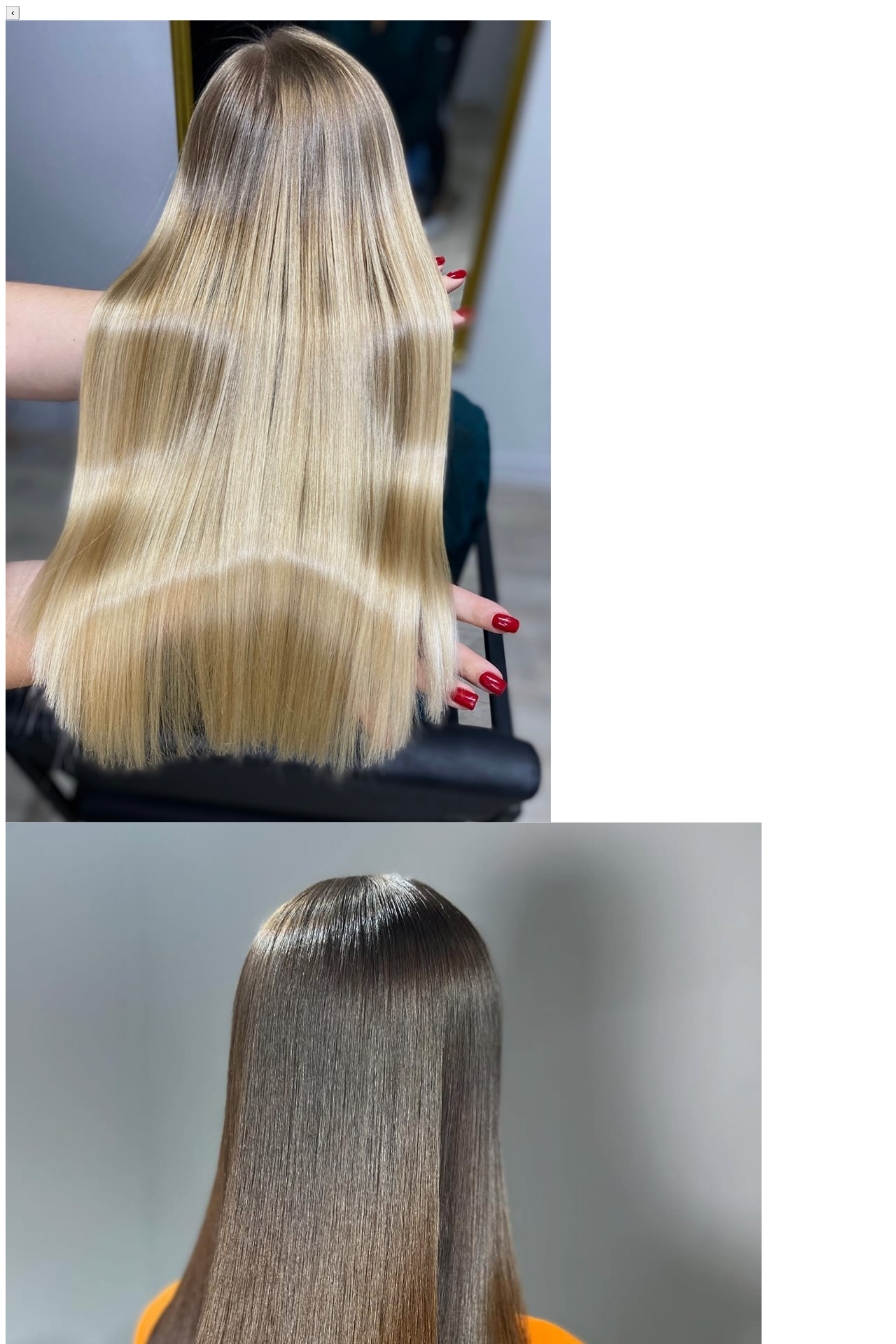
Repository: DianaKey/Keratin
Page: index.long-content.partial.html
The author's editor kept a copy of each file at every save. The page is drawn from the files as they stood at one save, then again after the next save.
The browser window is 1280 px wide. The pictures show the part of the page from y = 0 to 1920 px (the page is 8223 px tall before and 8281 px after), at 70% of full size.

Above is the page before, as saved 2025-09-04 12:38:32.

After the next save:
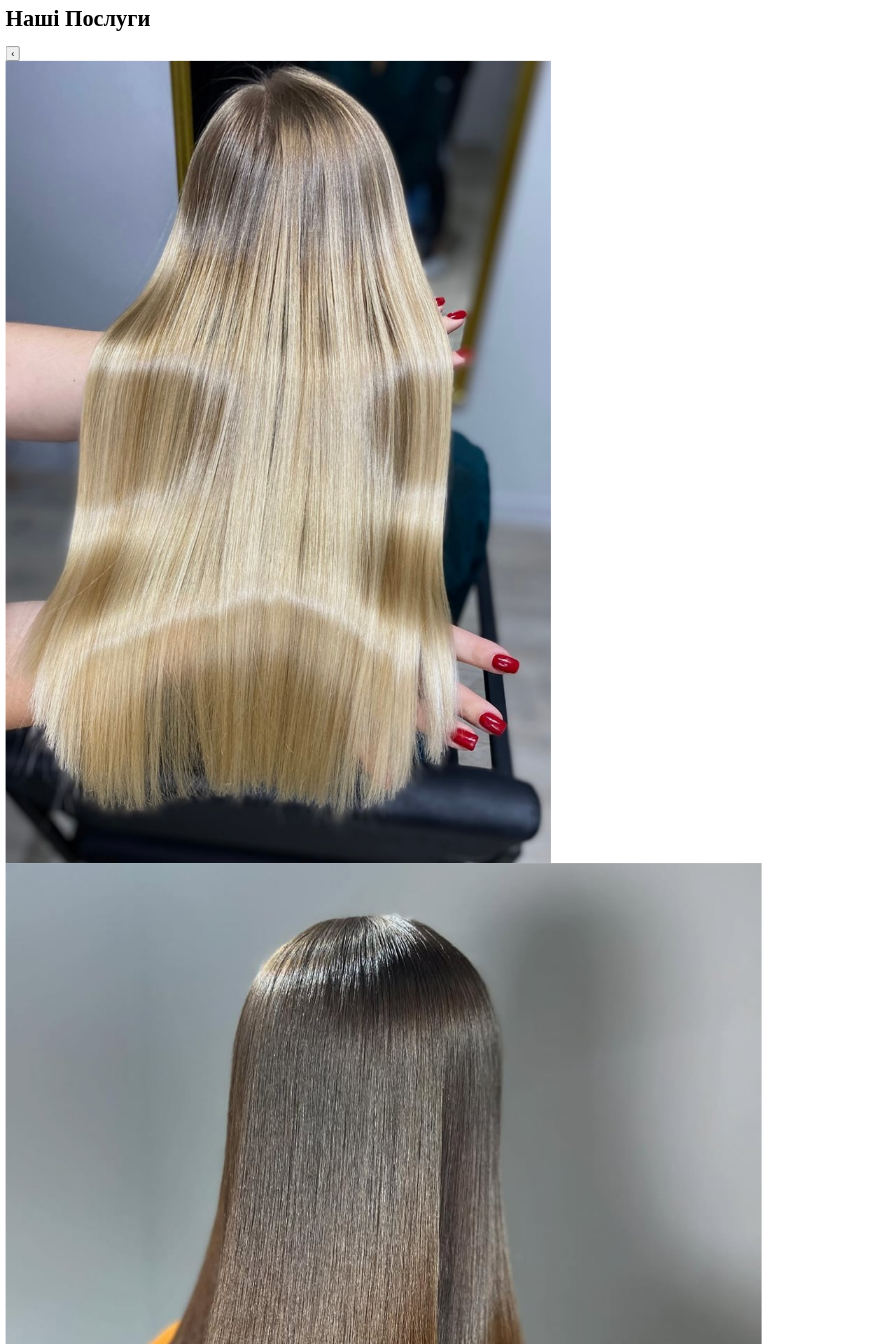
Saved 3 min 42 s later.
--- a/index.long-content.partial.html
+++ b/index.long-content.partial.html
@@ -1,40 +1,40 @@
-<h1 class="about-title"></h1>
+<h1 class="about-title">Наші Послуги</h1>
 
 <div class="carousel-container">
-	<button class="nav-arrow left">‹</button>
-	<div class="carousel-track">
-		<div class="card" data-index="0">
-			<img src="images/works/img01.JPG" alt="Team Member 1">
-		</div>
-		<div class="card" data-index="1">
-			<img src="images/works/img02.jpg" alt="Team Member 2">
-		</div>
-		<div class="card" data-index="2">
-			<img src="images/works/img03.jpg" alt="Team Member 3">
-		</div>
-		<div class="card" data-index="3">
-			<img src="images/works/img04.jpg" alt="Team Member 4">
-		</div>
-		<div class="card" data-index="4">
-			<img src="images/works/img05.jpg" alt="Team Member 5">
-		</div>
-		<div class="card" data-index="5">
-			<img src="images/works/img06.jpg" alt="Team Member 6">
-		</div>
-	</div>
-	<button class="nav-arrow right">›</button>
+  <button class="nav-arrow left">‹</button>
+  <div class="carousel-track">
+    <div class="card" data-index="0">
+      <img src="images/works/img01.jpg" alt="Послуга 1">
+    </div>
+    <div class="card" data-index="1">
+      <img src="images/works/img02.jpg" alt="Послуга 2">
+    </div>
+    <div class="card" data-index="2">
+      <img src="images/works/img03.jpg" alt="Послуга 3">
+    </div>
+    <div class="card" data-index="3">
+      <img src="images/works/img04.jpg" alt="Послуга 4">
+    </div>
+    <div class="card" data-index="4">
+      <img src="images/works/img05.jpg" alt="Послуга 5">
+    </div>
+    <div class="card" data-index="5">
+      <img src="images/works/img06.jpg" alt="Послуга 6">
+    </div>
+  </div>
+  <button class="nav-arrow right">›</button>
 </div>
 
 <div class="member-info">
-	<h2 class="member-name">David Kim</h2>
-	<p class="member-role">Founder</p>
+  <h2 class="member-name">Тотальна Реконструкція</h2>
+  <p class="member-role">DA Keratin</p>
 </div>
 
 <div class="dots">
-	<div class="dot active" data-index="0"></div>
-	<div class="dot" data-index="1"></div>
-	<div class="dot" data-index="2"></div>
-	<div class="dot" data-index="3"></div>
-	<div class="dot" data-index="4"></div>
-	<div class="dot" data-index="5"></div>
+  <div class="dot active" data-index="0"></div>
+  <div class="dot" data-index="1"></div>
+  <div class="dot" data-index="2"></div>
+  <div class="dot" data-index="3"></div>
+  <div class="dot" data-index="4"></div>
+  <div class="dot" data-index="5"></div>
 </div>
